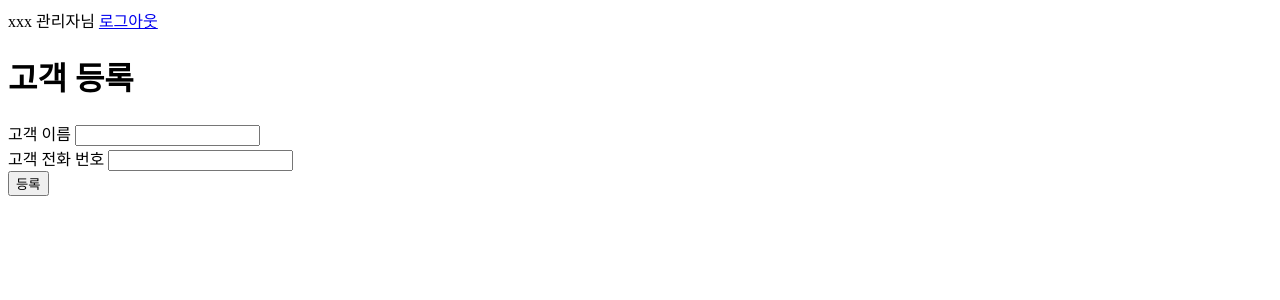
Repository: nojong99/kosta
Page: http://localhost/32_MVCModel2/view/addCustomer.jsp
The author's editor kept a copy of each file at every save. The page is drawn from the files as they stood at one save, then again after the next save.
The browser window is 1280 px wide. The pictures show the whole page.
The page is served by Tomcat 9.

Above is the page before, as saved 2026-09-16 03:12:28.

After the next save:
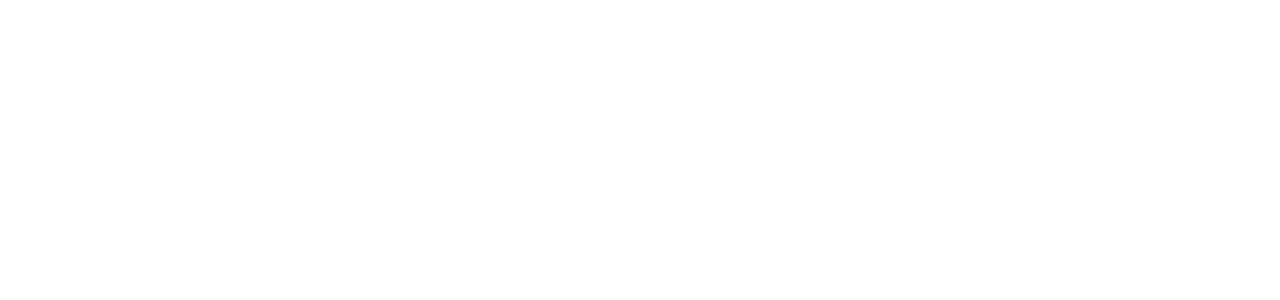
Saved 28 s later.
--- a/32_MVCModel2/src/main/webapp/view/addCustomer.jsp
+++ b/32_MVCModel2/src/main/webapp/view/addCustomer.jsp
@@ -1,19 +1,2 @@
 <%@ page language="java" contentType="text/html; charset=UTF-8"
 	pageEncoding="UTF-8"%>
-<!DOCTYPE html>
-<html>
-<head>
-<meta charset="UTF-8">
-<title>Insert title here</title>
-</head>
-<body>
-	xxx 관리자님
-	<a href="#">로그아웃</a>
-	<h1>고객 등록</h1>
-	<form>
-		고객 이름 <input> <br> 고객 전화 번호 <input> <br> <input
-			type="submit" value="등록">
-
-	</form>
-</body>
-</html>

After the save that followed:
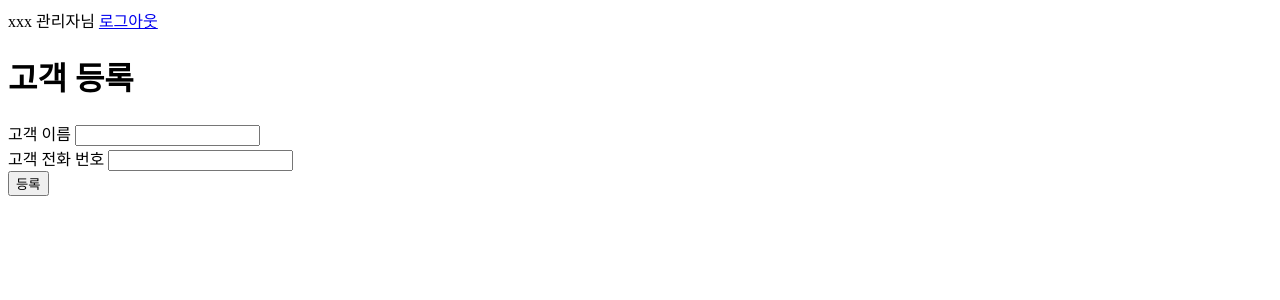
Saved 32 s later.
--- a/32_MVCModel2/src/main/webapp/view/addCustomer.jsp
+++ b/32_MVCModel2/src/main/webapp/view/addCustomer.jsp
@@ -1,2 +1,20 @@
 <%@ page language="java" contentType="text/html; charset=UTF-8"
 	pageEncoding="UTF-8"%>
+
+<!DOCTYPE html>
+<html>
+<head>
+<meta charset="UTF-8">
+<title>로그인 페이지</title>
+</head>
+<body>
+	xxx 관리자님
+	<a href="#">로그아웃</a>
+	<h1>고객 등록</h1>
+	<form>
+		고객 이름 <input> <br> 고객 전화 번호 <input> <br> <input
+			type="submit" value="등록">
+
+	</form>
+</body>
+</html>
